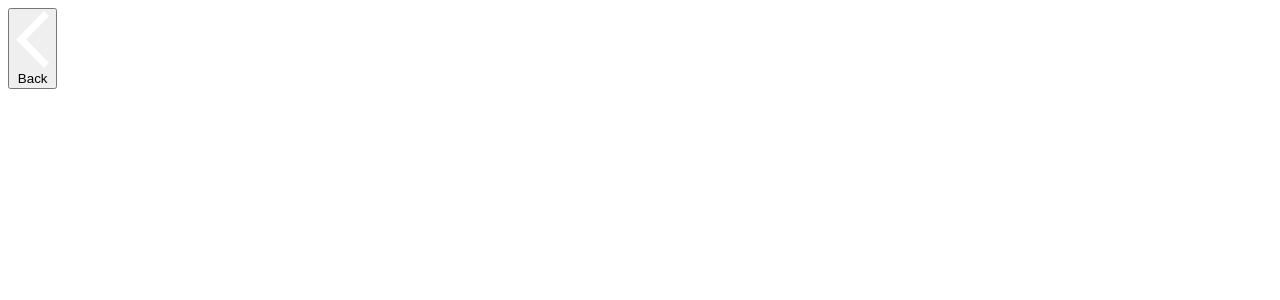
Repository: LuuDavid778/FROGIC
Page: back_button.html
An editor plug-in stored every save of this project. The page is shown before and after the next save, followed by the edit.
The browser window is 1280 px wide. The pictures show the whole page.

Above is the page before, as saved 2020-03-08 12:31:48.

### back_button.html
<!DOCTYPE html>
<html>
    <head>
        <link rel="stylesheet" href="back_button.css">
    </head>
    <body>
        <div>

        </div>
        <button class="back_button">
            <img src="img/back_icon.svg" >
            Back
        </button>
    </body>
</html>

### back_button.css
/* CSS for mobile */
@media screen and (max-width: 360px){
    body {
        background-color:#91ABFF;
    }

    .back_button {
        background-color: none;
        border: none;
        font-size: 1em;
        align-items: center;
    }

  }

After the next save:
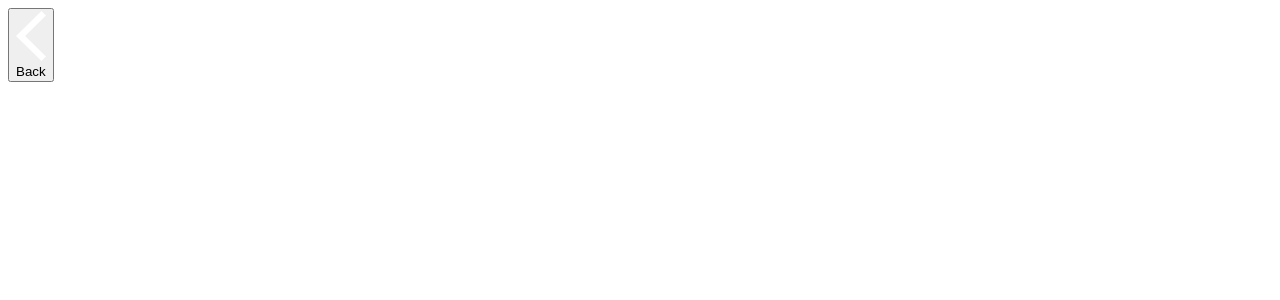
Saved 40 s later.
--- a/back_button.html
+++ b/back_button.html
@@ -9,7 +9,7 @@
         </div>
         <button class="back_button">
             <img src="img/back_icon.svg" >
-            Back
+            <div class="button_text">Back</div>
         </button>
     </body>
 </html>
